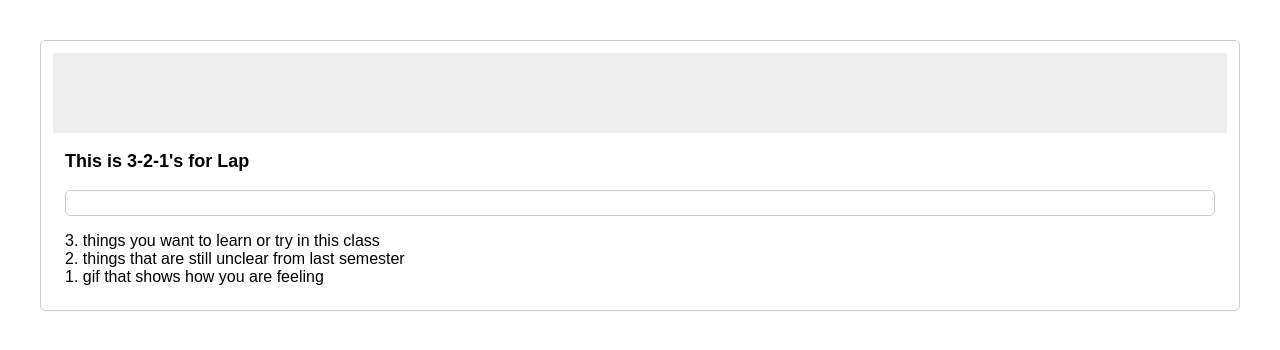
Repository: HyunJunggggg/MDIA2109
Page: index.html
The author's editor kept a copy of each file at every save. The page is drawn from the files as they stood at one save, then again after the next save.
The browser window is 1280 px wide. The pictures show the whole page.

Above is the page before, as saved 2025-01-23 15:43:56.

After the next save:
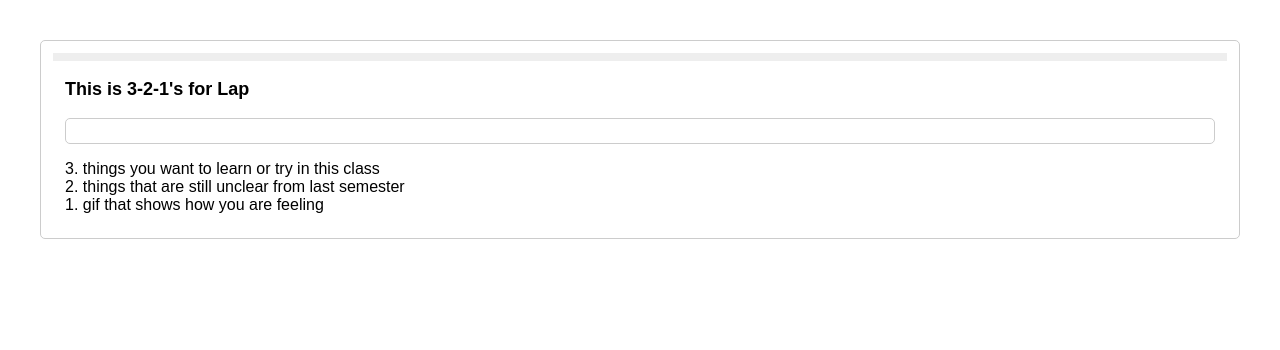
Saved 12 s later.
--- a/style.css
+++ b/style.css
@@ -40,7 +40,7 @@ p {
 
 .container__header {
     background-color: #eee;
-    padding: 2.5em;
+    padding: 0.25em;
 }
 .container__title {
 }
